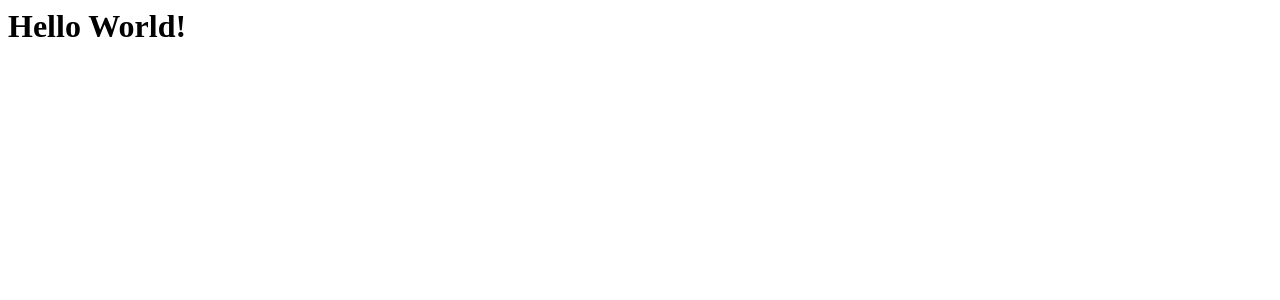
Repository: simonekurtz/simonekurtz.github.io
Page: TEST/index.html
The author's editor kept a record of every edit. The page is drawn from the files as they stood at one moment, then again after the next edit.
The browser window is 1280 px wide. The pictures show the whole page.

Above is the page before.

After the next edit:
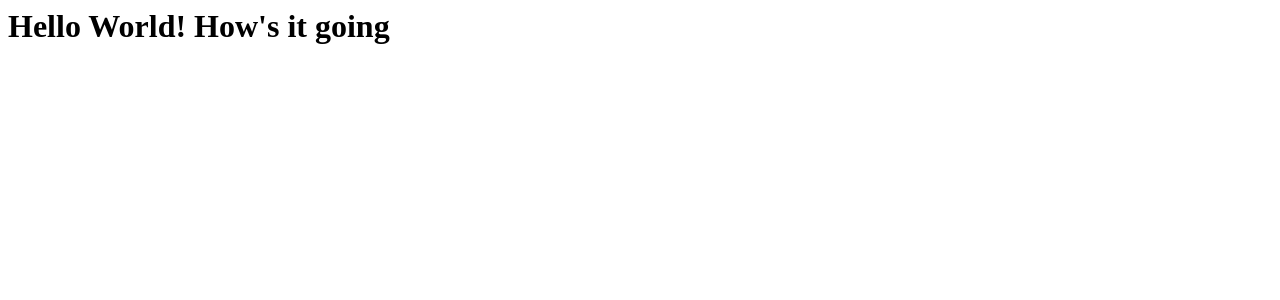
The edit:
--- a/TEST/index.html
+++ b/TEST/index.html
@@ -6,7 +6,7 @@
     <body>
         <div class="header">
             <h1>
-                Hello World!
+                Hello World! How's it going
             </h1>
         </div>
     </body>
